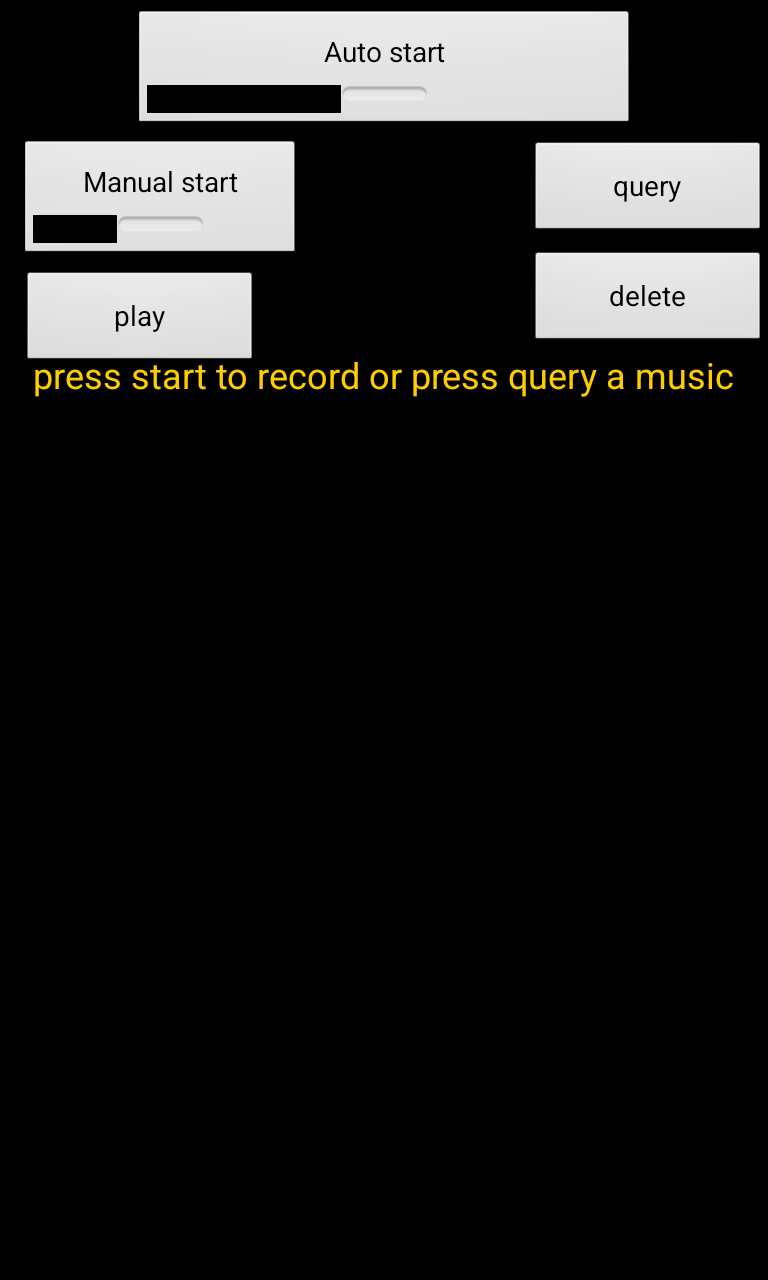
Repository: FreyrChen/tucan_Linux_practice
Layout: 4_Android_program/MusicIdentify/res/layout/activity_main.xml
These files come from the project's save history. The layout is drawn as it stood at one moment and after the next save; the edit follows.
It is drawn on a 768 x 1280 px phone screen (xhdpi) without system bars, with theme AppTheme; the app's code is not run. Lists and similar views that code fills are empty.

Above is the layout before, as saved 2013-06-09 08:40:22.

After the next save:
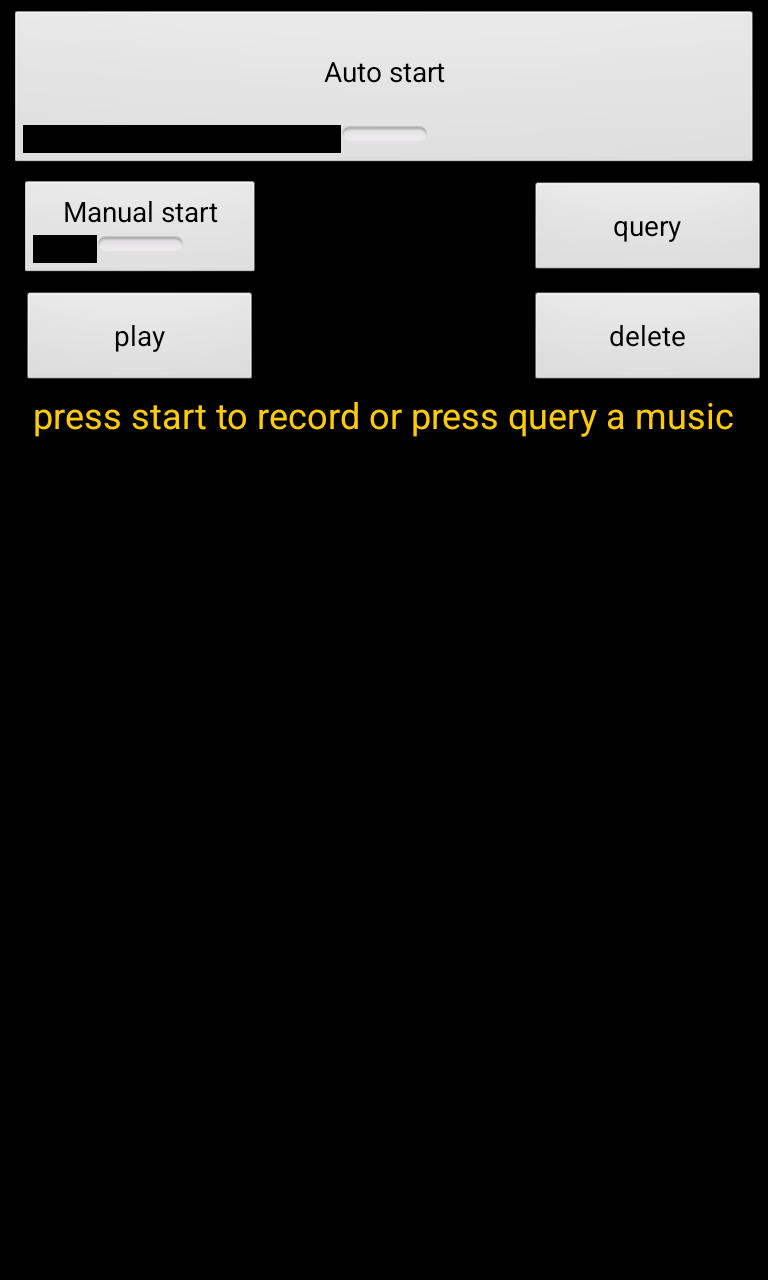
Saved 72 s later.
--- a/4_Android_program/MusicIdentify/res/layout/activity_main.xml
+++ b/4_Android_program/MusicIdentify/res/layout/activity_main.xml
@@ -9,8 +9,8 @@
 		android:id="@+id/auto_record_button"
 		android:textOn="@string/stop"
 		android:textOff="@string/auto_start"
-	 	android:layout_width="250dp"
-	 	android:layout_height="60dp"
+	 	android:layout_width="match_parent"
+	 	android:layout_height="80dp"
 	    android:layout_marginTop="5dp"
 	    android:layout_marginLeft="10dp"
 	    android:layout_centerHorizontal="true"
@@ -20,8 +20,8 @@
 		android:id="@+id/manual_record_button"
 		android:textOn="@string/stop"
 		android:textOff="@string/manual_start"
-	 	android:layout_width="140dp"
-	 	android:layout_height="60dp"
+	 	android:layout_width="120dp"
+	 	android:layout_height="50dp"
 	    android:layout_alignParentLeft="true"
 	    android:layout_marginTop="5dp"
 	    android:layout_marginLeft="10dp"
